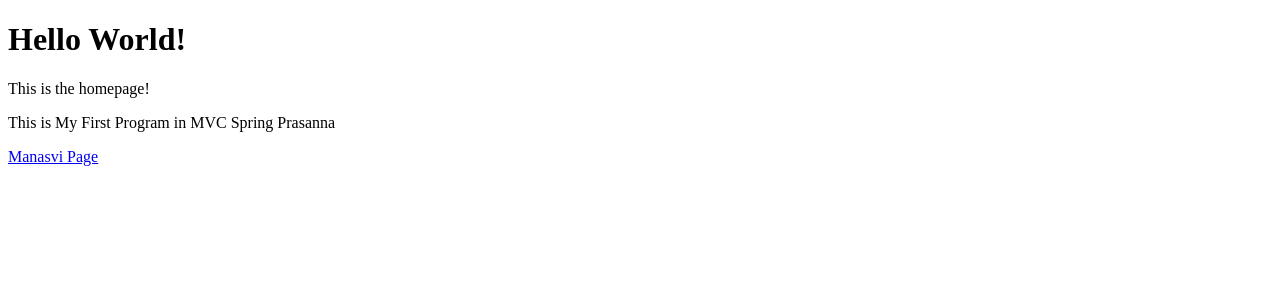
Repository: PrasananTrainer03/Infinite3
Page: http://localhost/SpringMvcDemo1/WEB-INF/views/home.jsp
These files come from the project's save history. The page is drawn as it stood at one moment and after the next save; the edit follows.
The browser window is 1280 px wide. The pictures show the whole page.
The page is served by Tomcat 9. Nobody is signed in. The template is opened directly, without the code that normally fills it, so the values that code supplies are empty.

Above is the page before, as saved 2022-04-21 09:11:07.

After the next save:
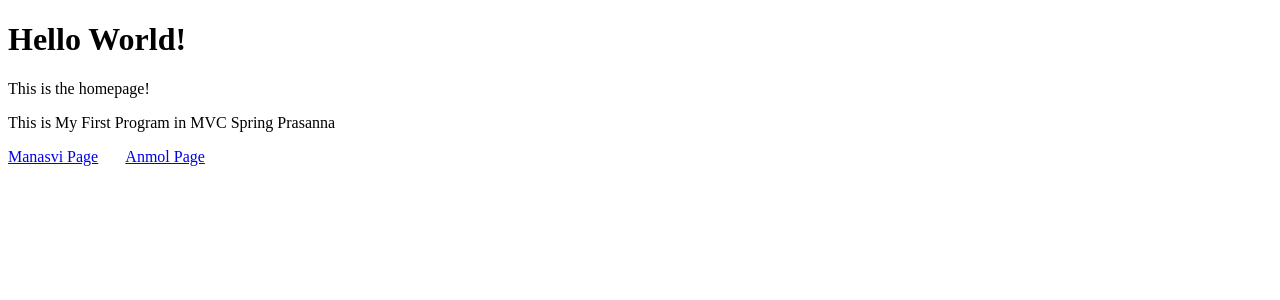
Saved 88 s later.
--- a/Training Material/April21_Spring_MVC/SpringMvcDemos/SpringMvcDemo1/src/main/webapp/WEB-INF/views/home.jsp
+++ b/Training Material/April21_Spring_MVC/SpringMvcDemos/SpringMvcDemo1/src/main/webapp/WEB-INF/views/home.jsp
@@ -13,6 +13,8 @@
         <p>This is My First Program in MVC Spring Prasanna</p>
         <p>
         	<a href="manasvi">Manasvi Page</a>
+        	&nbsp;&nbsp;&nbsp;&nbsp;&nbsp;
+        	<a href="anmol">Anmol Page</a>
         </p>
     </body>
 </html>
